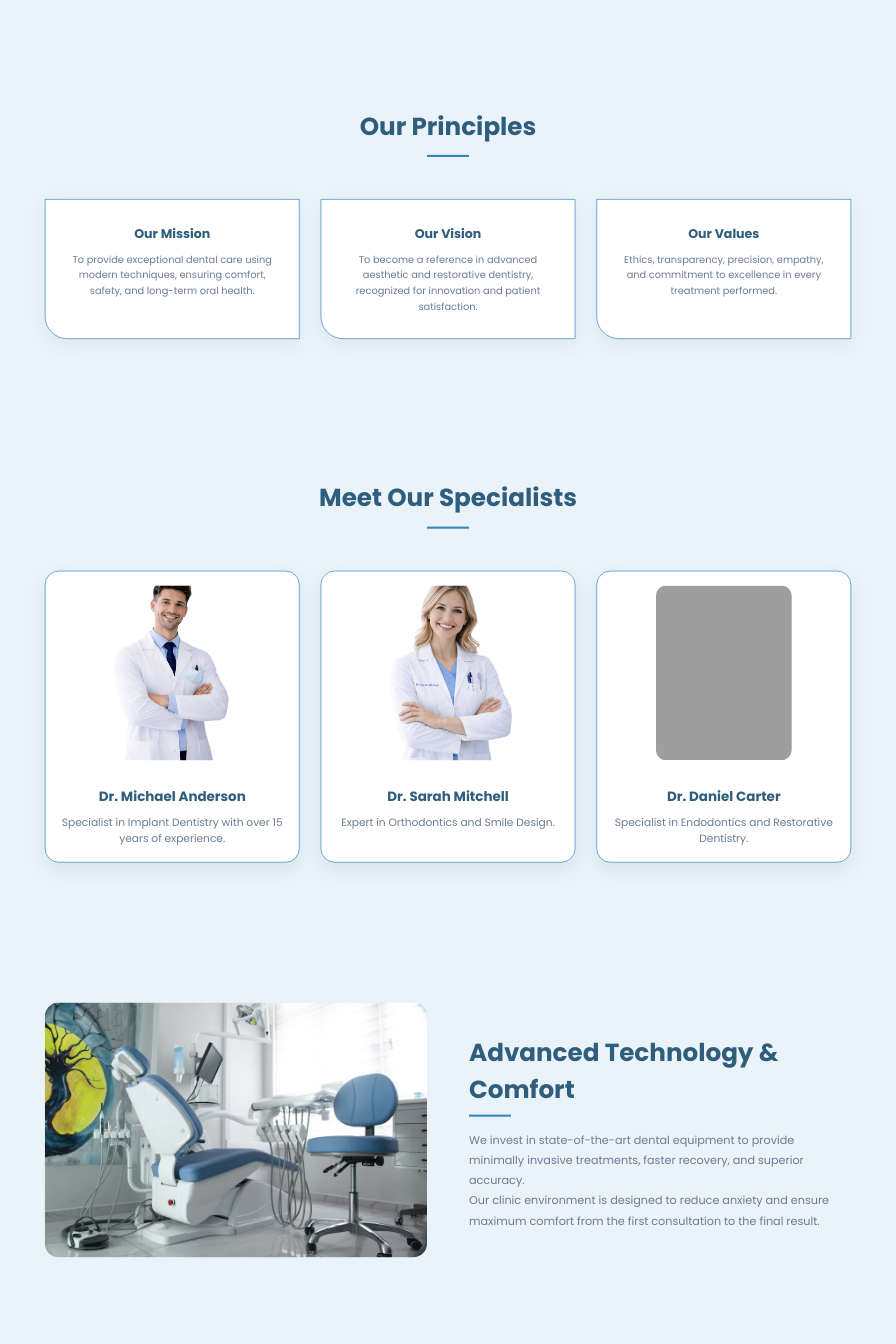
Repository: davidfsillva/OdontoPrime
Page: about.html
An editor plug-in stored every save of this project. The page is shown before and after a run of saves, followed by the edit.
The browser window is 1280 px wide. The pictures show the part of the page from y = 996 to 2916 px (the page is 3454 px tall), at 70% of full size.
Pictures or frames that could not be fetched are drawn as grey boxes. A picture or video elsewhere on the page could not be fetched, so the positions and the page height are approximate.

Above is the page before, as saved 2026-02-16 23:02:23.

After the next 2 saves:
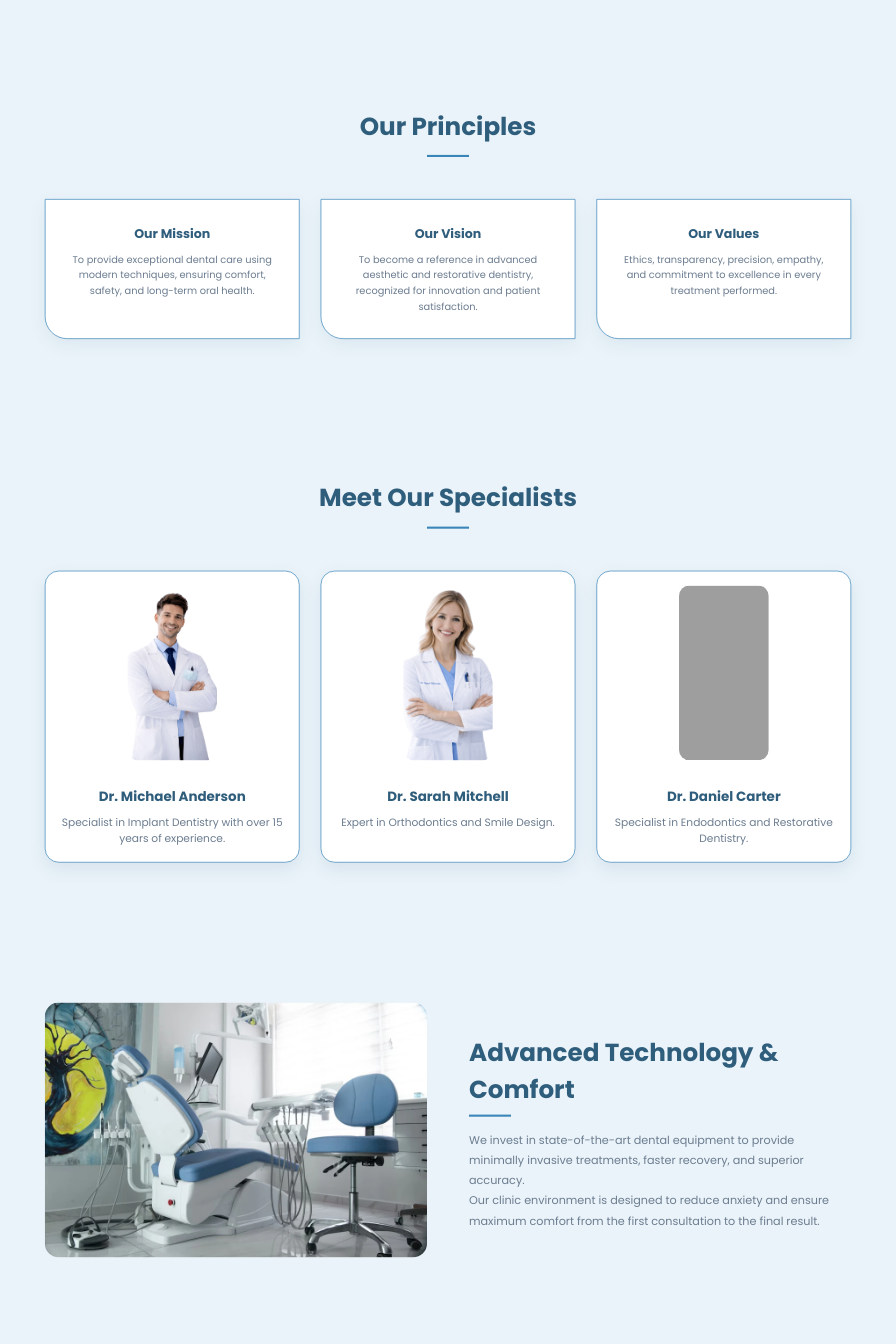
The 2 saves are shown as one change because they came seconds apart.
The last was saved 9 s later.
--- a/style.css
+++ b/style.css
@@ -470,7 +470,7 @@ nav a.active{
 
 /* Imagem maior e proporcional */
 .departments.about-cards .card img {
-    width: 60%;          /* ocupa toda a largura do card */
+    width: 40%;          /* ocupa toda a largura do card */
     height: 250px;        /* altura maior */
     object-fit: cover;    /* mantém proporção e recorta excesso */
     border-radius: 15px;  /* cantos arredondados */
